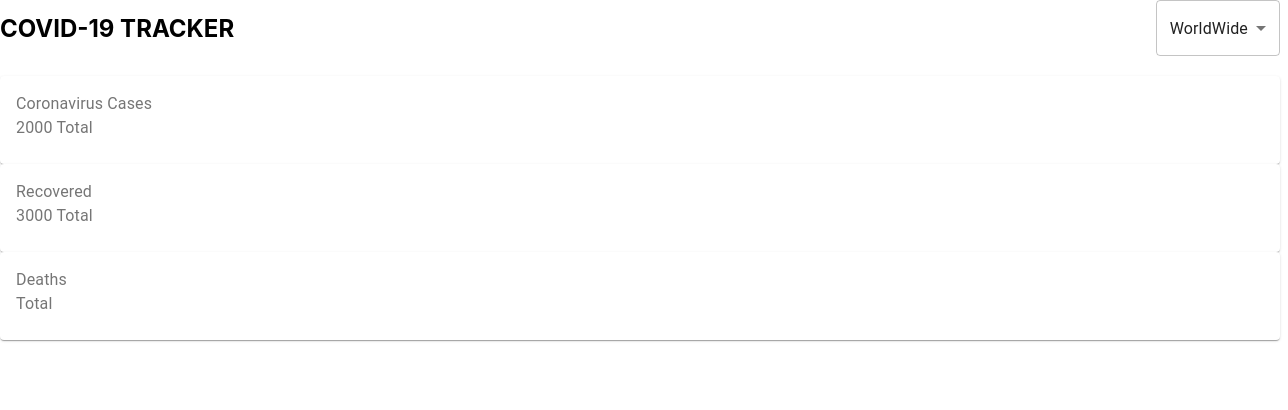
Repository: exiled-kal/2OnProcess
Page: /
These files come from the project's save history. The page is drawn as it stood at one moment and after a run of saves; the edit follows.
The browser window is 1280 px wide. The page is 1288 px wide, so the pictures cover 1288 px, including what lies to the right of the window. The pictures show the whole page.
The page's requests for data from a server got no answer. The project was rebuilt for these pictures with package versions that can differ from the ones it lists, and the page was loaded fresh each time. No one was signed in, and anything a server would have sent is missing.

Above is the page before, as saved 2020-08-17 15:45:21.

### src/index.css


body {
  margin: 0;
  font-family: -apple-system, BlinkMacSystemFont, 'Segoe UI', 'Roboto', 'Oxygen',
    'Ubuntu', 'Cantarell', 'Fira Sans', 'Droid Sans', 'Helvetica Neue',
    sans-serif;
  -webkit-font-smoothing: antialiased;
  -moz-osx-font-smoothing: grayscale;
}

code {
  font-family: source-code-pro, Menlo, Monaco, Consolas, 'Courier New',
    monospace;
}

### src/App.js
import React, {useState, useEffect} from 'react';
import './App.css';
import {FormControl, Select, MenuItem} from '@material-ui/core';
import InfoBox from './InfoBox';

function App() {
  const [countries, setCountries] = useState([]);
  const [country, setCountry] = useState('worldwide');

  // https://disease.sh/v3/covid-19/countries

  useEffect(() => {
    const getCountriesData = async () => {
      await fetch('https://disease.sh/v3/covid-19/countries')
        .then((response) => response.json())
        .then((data) => {
          const countries = data.map((country) => ({
            name: country.country, //United States, United Kingdom
            value: country.countryInfo.iso2, // UK, USA
          }));
          setCountries(countries);
        });
    };
    getCountriesData();
  }, []);

  const onCountryChange = async (e) => {
    const countryCode = e.target.value;

    setCountry(countryCode);
  };

  return (
    <div className="app">
      <div className="app__header">
        <h2>COVID-19 TRACKER</h2>
        <FormControl className="app__dropdown">
          <Select variant="outlined" onChange={onCountryChange} value={country}>
            <MenuItem value="worldwide">WorldWide</MenuItem>
            {countries.map((country) => (
              <MenuItem value={country.value}>{country.name}</MenuItem>
            ))}
          </Select>
        </FormControl>
      </div>

      <div className="app__stats">
        <InfoBox title="Coronavirus Cases" total={2000}/>

        <InfoBox title="Recovered" total={3000} />

        <InfoBox title="Deaths" />
      </div>

      {/* Table */}
      {/* Graph */}

      {/* Map */}
    </div>
  );
}

export default App;

### src/App.css
* {
  margin: 0;
}

.app__header {
  display: flex;
  align-items: center;
  margin-bottom: 20px;
  justify-content: space-between;

}

### src/InfoBox.js
import React from 'react';
import {Card, CardContent, Typography} from '@material-ui/core';

function InfoBox({title, cases, total}) {
  return (
    <Card className="infoBox">
      <CardContent>
        {/* Title ie. Coronavirus cases */}
        <Typography className="infoBox__title" color="textSecondary">
          {title}
        </Typography>

        {/* +120k Number of cases */}
        <h2 className="infoBox__cases">{cases}</h2>

        {/* 1.2M Total */}
        <Typography className="infoBox__total" color="textSecondary">
          {total} Total
        </Typography>
      </CardContent>
    </Card>
  );
}

export default InfoBox;

Loaded but not shown: public/index.html (common file); src/index.js (common file); src/serviceWorker.js (common file)

After the next 3 saves:
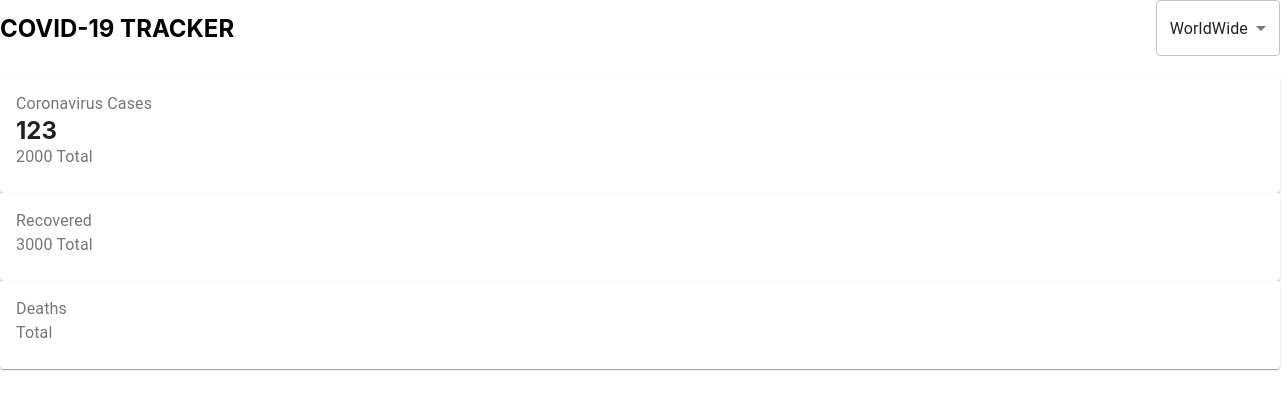
The 3 saves are shown as one change because they came seconds apart.
The last was saved 17 s later.
--- a/src/App.js
+++ b/src/App.js
@@ -45,7 +45,7 @@ function App() {
       </div>
 
       <div className="app__stats">
-        <InfoBox title="Coronavirus Cases" total={2000}/>
+        <InfoBox title="Coronavirus Cases" cases={123} total={2000}/>
 
         <InfoBox title="Recovered" total={3000} />
 
